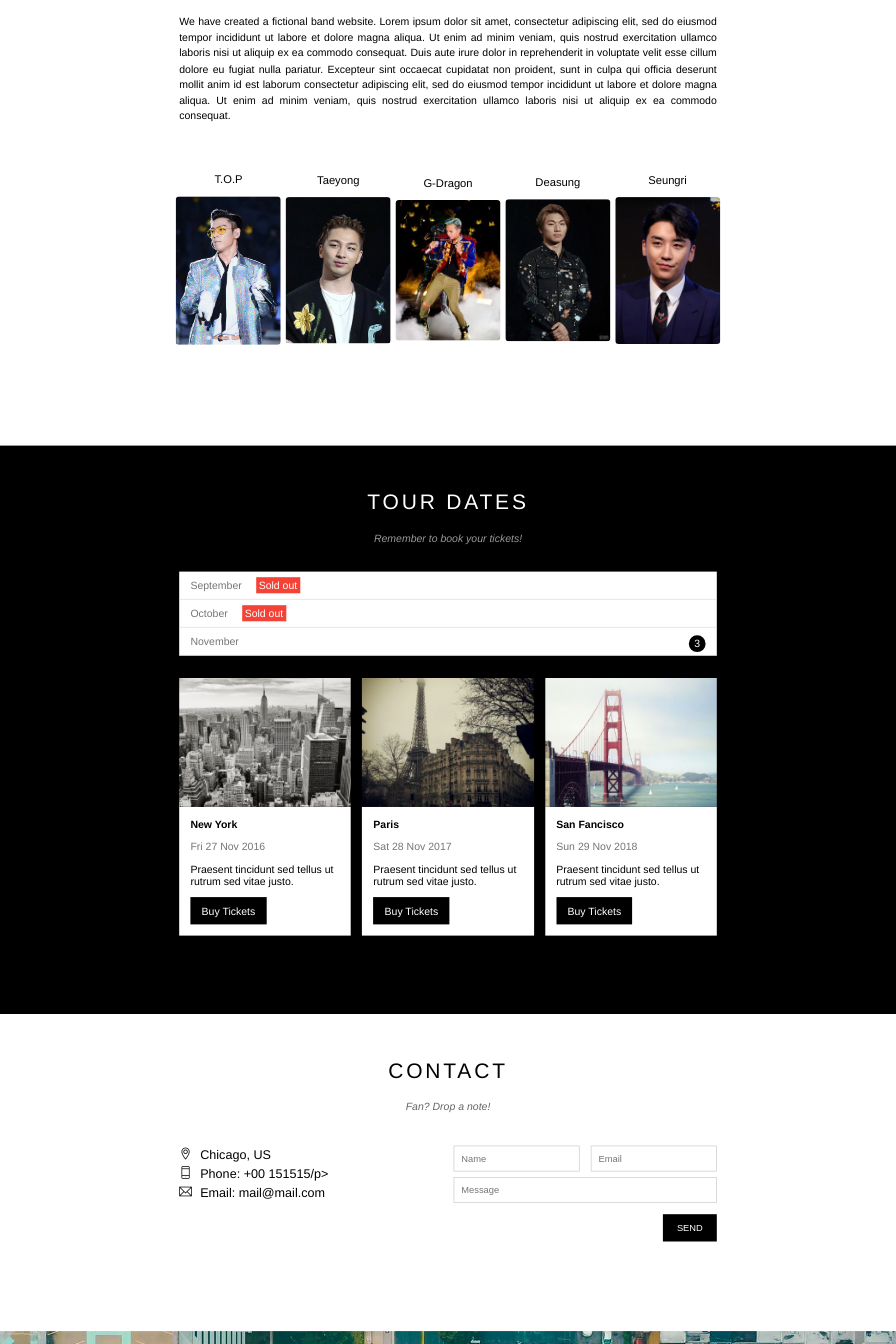
Repository: ThinhTran2k/BigBang-Band-Website
Page: index.html
An editor plug-in stored every save of this project. The page is shown before and after a run of saves, followed by the edit.
The browser window is 1280 px wide. The pictures show the part of the page from y = 831 to 2751 px (the page is 3645 px tall before and 3588 px after), at 70% of full size.

Above is the page before, as saved 2021-03-16 19:05:40.
Console error: TypeError: Cannot set properties of undefined (setting 'onclick')

### index.html
<!DOCTYPE html>
<html lang="en">
<head>
    <meta charset="UTF-8">
    <meta http-equiv="X-UA-Compatible" content="IE=edge">
    <meta name="viewport" content="width=device-width, initial-scale=1.0">
    <title>Brand</title>
    <link rel="icon" href="asset/img/favicon.png" type="image/x-icon" />
    <link rel="stylesheet" href="./asset/css/style.css">
    <link rel="stylesheet" href="./asset/css/responsive.css">
    <link rel="stylesheet" href="./asset/font/themify-icons/themify-icons.css">
</head>
<body>
    <div class="wrapper">
        <div class="header">
            <!-- Navigation -->
            <ul class="nav row-block">
                <li><a href="#">Home</a></li>
                <li><a href="#band">Band</a></li>
                <li><a href="#tour">Tour</a></li>
                <li><a href="#contact">Contact</a></li>
                <li>
                    <a href="#">
                        More
                        <i class="nav-arrow-icon ti-angle-down"></i>
                    </a>
                    <ul class="subnav">
                        <li><a href="#">Merchandise</a></li>
                        <li><a href="#">Extras</a></li>
                        <li><a href="#">Media</a></li>
                    </ul>
                </li>
            </ul>

            <!-- Search -->
            <div class="header__search">
                <i class="header__search-icon ti-search"> </i>
            </div>

            <div class="mobi-menu-responsive">
                <i class="menu-icon ti-menu"></i>
            </div>
        </div>

        <div class="slider">
            <div class="text-content">
                <h2 class="text-heading">New York</h2>
                <div class="text-description">The atmosphere in New York is lorem ipsum.</div>
            </div>
        </div>

        <div class="content" >
            <div class="content-section" id="band">
                <h2 class="section-heading">THE BAND</h2>
                <p class="section-subheading">We love music</p>
                <p class="about">We have created a fictional band website. Lorem ipsum dolor sit amet, consectetur adipiscing elit, sed do eiusmod tempor
                incididunt ut labore et dolore magna aliqua. Ut enim ad minim veniam, quis nostrud exercitation ullamco laboris nisi ut
                aliquip ex ea commodo consequat. Duis aute irure dolor in reprehenderit in voluptate velit esse cillum dolore eu fugiat
                nulla pariatur. Excepteur sint occaecat cupidatat non proident, sunt in culpa qui officia deserunt mollit anim id est
                laborum consectetur adipiscing elit, sed do eiusmod tempor incididunt ut labore et dolore magna aliqua. Ut enim ad minim
                veniam, quis nostrud exercitation ullamco laboris nisi ut aliquip ex ea commodo consequat.
                </p>

                <div class="row member-list member-list-resp">
                    <div class="member-item member-item-resp">
                        <p class="member-name">T.O.P</p>
                        <img src="./asset/img/T.O.P.jpg" alt="name" class="member-img">
                    </div>
                    <div class="member-item member-item-resp">
                        <p class="member-name">Taeyong</p>
                        <img src="./asset/img/Taeyong.jpg" alt="name" class="member-img">
                    </div>
                    <div class="member-item member-item-resp">
                        <p class="member-name">G-Dragon</p>
                        <img src="./asset/img/G-dragon.jpg" alt="name" class="member-img">
                    </div>
                    <div class="member-item member-item-resp">
                        <p class="member-name">Deasung</p>
                        <img src="./asset/img/Deasung.jpg" alt="name" class="member-img">
                    </div>
                    <div class="member-item member-item-resp">
                        <p class="member-name">Seungri</p>
                        <img src="./asset/img/Seung-hyun.png" alt="name" class="member-img">
                    </div>
                </div>
            </div>
            <div class="content-section--black" id="tour">
                <div class="content-section">
                    <h2 class="section-heading text-white">TOUR DATES</h2>
                    <p class="section-subheading text-white">Remember to book your tickets!</p>
                    <!-- Tickets -->
                    <ul class="tickets-list">
                        <li>September <span class="sold-out">Sold out</span></li>
                        <li>October <span class="sold-out">Sold out</span></li>
                        <li>November <span class="quantity">3</span></li>
                    </ul>
                    <!-- Places -->
                    <div class="row place-list row-block">
                        <div class="col col-third s-col-full mt-16">
                            <img src="./asset/img/newyork.jpg" alt="place" class="place-img">
                            <div class="place-content">
                                <h3 class="place-heading">New York</h3>
                                <p class="place-time">Fri 27 Nov 2016</p>
                                <p class="place-desc">Praesent tincidunt sed tellus ut rutrum sed vitae justo.</p>
                                <a href="#" class="place-buy-btn">Buy Tickets</a>
                            </div>
                        </div>
                        <div class="col col-third s-col-full mt-16">
                            <img src="./asset/img/paris.jpg" alt="place" class="place-img">
                            <div class="place-content">
                                <h3 class="place-heading">Paris</h3>
                                <p class="place-time">Sat 28 Nov 2017</p>
                                <p class="place-desc">Praesent tincidunt sed tellus ut rutrum sed vitae justo.</p>
                                <a href="#" class="place-buy-btn">Buy Tickets</a>
                            </div>
                        </div>
                        <div class="col col-third s-col-full mt-16">
                            <img src="./asset/img/sanfran.jpg" alt="place" class="place-img">
                            <div class="place-content">
                                <h3 class="place-heading">San Fancisco</h3>
                                <p class="place-time">Sun 29 Nov 2018</p>
                                <p class="place-desc">Praesent tincidunt sed tellus ut rutrum sed vitae justo.</p>
                                <a href="#" class="place-buy-btn">Buy Tickets</a>
                            </div>
                        </div>
                    </div>
                </div>
            </div>
            <div class="content-section" id="contact">
                <h2 class="section-heading">CONTACT</h2>
                <p class="section-subheading">Fan? Drop a note!</p>

                <div class="row contact-content row-block">
                    <div class="col col-half s-col-full contact-infor">
                        <p><i class="ti-location-pin"></i>Chicago, US</p>
                        <p><i class="ti-mobile"></i>Phone: +00 151515/p>
                        <p><i class="ti-email"></i>Email: mail@mail.com</p>
                    </div>
                    <div class="col col-half s-col-full contact-form">
                        <form action="">
                            <div class="row row-block">
                                <div class="col col-half s-col-full">
                                    <input type="text" name="" id="" class="form-control" required placeholder="Name">
                                </div>
                                <div class="col col-half s-col-full">
                                    <input type="email" name="" id="" class="form-control" required placeholder="Email">
                                </div>
                            </div>
                            <div class="row mt-8">
                                <div class="col col-full">
                                    <input type="text" name="" id="" class="form-control" required placeholder="Message">
                                </div>
                            </div>
                            <input type="submit" value="SEND" class="form-btn s-full-width">
                        </form>
                    </div>
                </div>
            </div>

            <div class="map-section" >
                <img src="./asset/img/map.jpg" alt="map">
            </div>
        </div>

        <div class="footer">
            <div class="social-list">
                <a href=""><i class="ti-facebook"></i></a>
                <a href=""><i class="ti-instagram"></i></a>
                <a href=""><i class="ti-pinterest"></i></a>
                <a href=""><i class="ti-linkedin"></i></a>
                <a href=""><i class="ti-twitter-alter"></i></a>
                <a href=""><i class="ti-dropbox-alt"></i></a>
            </div>
            <p class="copyright">Powered by <a href="#">w3.css</a></p>
        </div>
    </div>

    <script>
        // Tự động thay đổi kích thước khi chọn btn menu
        var headerE = document.querySelector('.header');
        var headerHeight = headerE.clientHeight;
        var menuE = document.querySelector('.mobi-menu-responsive');
        menuE.onclick = function () {
            var status = headerE.clientHeight == headerHeight;
            if(status){
                headerE.style.height = 'auto'
            }else{
                headerE.style.height = null;
            }
        }
        // Tự động đóng khi chọn menu
        var menuItems = document.querySelectorAll('ul li a[href*="#"]');
        for(var i = 0; i<= menuItems.length; i++){
            var menuItem = menuItems[i];

            menuItem.onclick = function (e) {
                var isParentMenu = this.nextElementSibling && this.nextElementSibling.classList.contains('subnav');
                if(isParentMenu){
                    e.preventDefault();
                }else{
                    headerE.style.height = null;
                }
            }
        }


    </script>
</body>
</html>

### asset/css/style.css
/* Reset CSS */
*{
    padding: 0;
    margin: 0;
    box-sizing: border-box;
}

html {
    scroll-behavior: smooth;
    font-family: Helvetica, Arial , sans-serif;
}

/* Common css */
.text-white {
    color: #fff !important;
}
.row {
    display: flex;
    justify-content: space-between;
    margin-left: -8px;
    margin-right: -8px;
}
.col {
    padding: 0 8px;
}
.col-third {
    width: 33.33%;
}
.col-half {
    width: 50%;
}
.col-full {
    width: 100%;
}
.mt-8 {
    margin-top: 8px;
}
.mt-16 {
    margin-top: 16px;
}
/* end */

/* Main */
.wrapper {

}

.header {
    position: fixed;
    top: 0;
    left: 0;
    right: 0;
    z-index: 1;
    height: 46px;
    background-color: #000;
}

.nav {
    display: inline-block;
}
.nav .subnav {
    display: none;
    position: absolute;
    top: 100%;
    left: 0;
    min-width: 160px;
    background-color: #fff;
    box-shadow: 0 0 10px rgba(0, 0, 0, 0.3);
}
.nav, .subnav {
    list-style: none;
}
.nav .subnav li:hover, .nav > li:hover > a {
    color: #000;
    background-color: #ccc;
}
.nav .subnav a {
    line-height: 38px;
    padding: 0 16px;
    color: #000;
}

.nav li:hover .subnav {
    display: block;
}
.nav > li {
    display: inline-block;
}
.nav > li > a {
    text-transform: uppercase;
    color: #fff;
}
.nav li{
    position: relative;
}
.nav li a {
    display: block;
    cursor: pointer;
    padding: 0 24px;
    line-height: 46px;
    text-decoration: none;
}
.nav-arrow-icon {
    font-size: 14px;
}

.mobi-menu-responsive {
    position: absolute;
    top: 0;
    right: 0;
}
.header .header__search {
    display: block;
    float: right;
    padding: 0 21px;
    line-height: 46px;
}
.header .mobi-menu-responsive {
    display: none;
    float: right;
    padding: 0 21px;
    line-height: 46px;
}
.header .header__search:hover {
    cursor: pointer;
    background-color: #f44336;
}
.header .mobi-menu-responsive:hover {
    background-color: #ccc;
}
.header .menu-icon:hover {
    color: #000;
}
.header .menu-icon,
.header__search-icon {
    color: #fff;
    font-size: 20px;
}

.slider {
    position: relative;
    margin-top: 46px;
    padding-top: 50%;
    background-image: url('/asset/img/slider2.jpg');
    background-size: cover;
    background-repeat: no-repeat;
    background-position: top center;
}
.text-content {
    position: absolute;
    color: #fff;
    bottom: 48px;
    left: 50%;
    transform: translateX(-50%);
    text-align: center;
}
.text-heading {
    font-weight: 500;
}
.text-description {
    padding-top: 15px;
}


.content {

}
.content-section {
    width: 800px;
    max-width: 100%;
    margin: 0 auto;
    padding: 64px 16px 112px;
}
.section-heading {
    font-weight: 500;
    font-size: 30px;
    text-align: center;
    letter-spacing: 4px;
}
.section-subheading {
    font-size: 15px;
    text-align: center;
    margin-top: 25px;
    font-style: italic;
    opacity: 0.6;
}
.about {
    margin-top: 25px;
    font-size: 15px;
    text-align: justify;
    line-height: 1.5;
}
.member-list {
    margin-top: 38px;
    padding: 32px 0;
}
.member-item {
    display: flex;
    flex-direction: column;
    align-items: center;
    justify-content: center;
    width: 20%;
    /* padding: 0 8px; */
}
.member-item .member-name {
    margin-bottom: 15px;
}
.member-item .member-img {
    border-radius: 5px;
    width: 150px;
    object-fit: contain;
}
.content-section--black {
    background-color: #000;
}
.tickets-list {
    list-style: none;
    margin-top: 40px;
    background-color: #fff;
}
.tickets-list li {
    color: #757575;
    font-size: 15px;
    padding: 11px 16px;
    border-bottom: 1px solid #ddd;
}
.sold-out {
    background-color: #f44336;
    padding: 3px 4px;
    color: #fff;
    margin-left: 16px;
}
.quantity {
    float: right;
    width: 24px;
    height: 24px;
    line-height: 24px;
    text-align: center;
    border-radius: 50%;
    background-color: #000;
    color: #fff;
}
.place-list {
    margin-top: 16px;
}
.place-img {
    display: block;
    width: 100%;
}
.place-img:hover { opacity: 0.6;}
.place-content {
    font-size: 15px;
    padding: 16px;
    background-color: #fff;
}
.place-heading {
    font-size: 15px;
    font-weight: 600;
}
.place-time {
    color: #757575;
    margin-top: 15px;
}
.place-desc {
    margin-top: 15px;
}
.place-buy-btn {
    display: inline-block;
    color: #fff;
    background-color: #000;
    padding: 11px 16px;
    margin-top: 15px;
    text-decoration: none;
}
.place-buy-btn:hover {color: #000; background-color: #ccc;}
/* Contact Form */
.contact-content {
    margin-top: 48px;
}
.contact-infor {
    font-size: 18px;
    line-height: 1.5;
}
.contact-infor i[class*="ti-"] { width: 30px; display: inline-block;}
.contact-form {
    font-size: 15px;
}
.form-control {
    padding: 10px;
    border: 1px solid #ccc;
    width: 100%;
}

.form-btn {
    display: block;
    padding: 12px 20px;
    margin-left: auto;
    margin-top: 16px;
    margin-bottom: 16px;
    border:none;
    color: #fff;
    background-color: #000;
}
.form-btn:hover { background-color: #ccc; cursor: pointer;color: #000;}

/* Map */
.map-section img {
    width: 100%;
}

.footer {
    padding: 64px 16px;
    text-align: center;
}
.footer .social-list {
    font-size: 24px;
}
.footer .social-list a {text-decoration: none; color: rgba(0, 0, 0, 0.6);}
.footer .social-list a:hover ,.footer .copyright a:hover { color: rgba(0, 0, 0, 0.4);}
.footer .copyright {
    margin-top: 15px;
    font-size: 15px;
    color: rgba(0, 0, 0, 0.6);
}
.footer .copyright a {
    color: rgba(0, 0, 0, 0.6);
}

### asset/css/responsive.css
/* Mobile */
@media (max-width: 739px) {
    .header .header__search {
        display: none;
    }
    .header .mobi-menu-responsive {
        display: block;
    }
    .header {
        overflow: hidden;
    }
    .nav > li {
        display: block;
    }
    .nav .subnav {
        position: initial;
        background-color: #333;
    }
    .nav .subnav a {
        color: #fff;
        padding: 5px 40px;
    }
    .nav > li:first-child {
        display: inline-block;
    }
    .member-list-resp {
        display: block;
        margin-top: 0;
    }
    .member-item-resp {
        padding-top: 35px;
        width: 100%;
    }
    .member-item .member-img {
        width: 60%;
    }
    .s-full-width,
    .s-col-full {
        width: 100%;
    }
    .place-img {
        height: 60%;
    }
    .row-block {
        display: block;
    }
    .contact-form {
        margin-top: 16px;
    }
}

Loaded but not shown: asset/font/themify-icons/themify-icons.css (common file)

After the next 2 saves:
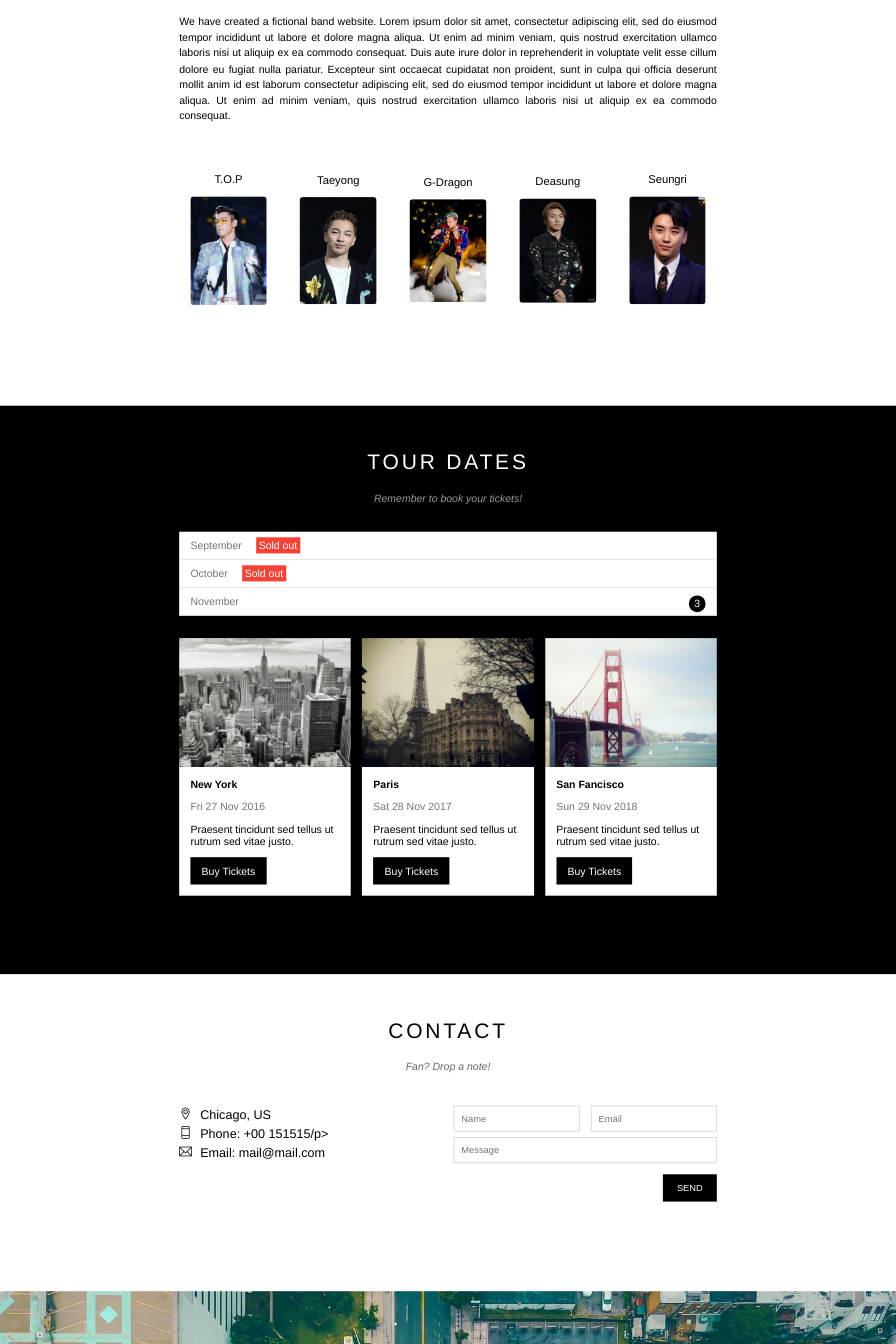
The 2 saves are shown as one change because they came seconds apart.
The last was saved 110 s later.
--- a/asset/css/style.css
+++ b/asset/css/style.css
@@ -207,7 +207,7 @@
 }
 .member-item .member-img {
     border-radius: 5px;
-    width: 150px;
+    width: 70%;
     object-fit: contain;
 }
 .content-section--black {
